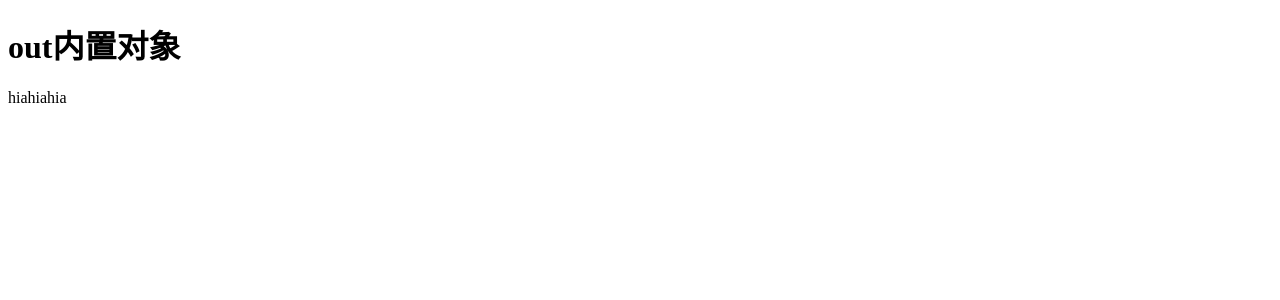
Repository: Zendq1998/jdbc
Page: http://localhost/webroot/out.jsp
An editor plug-in stored every save of this project. The page is shown before and after the next save, followed by the edit.
The browser window is 1280 px wide. The pictures show the whole page.
The page is served by Tomcat 9. Nobody is signed in. The application's start-up code is not run.

Above is the page before, as saved 2018-04-19 15:37:54.

After the next save:
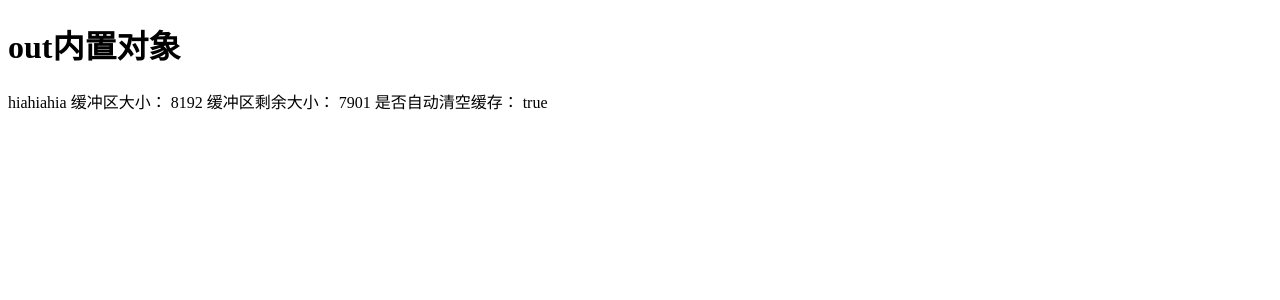
Saved 2 min 41 s later.
--- a/webroot/WebContent/out.jsp
+++ b/webroot/WebContent/out.jsp
@@ -11,5 +11,13 @@
 	<%
 		out.println("hiahiahia");
 	%>
+	缓冲区大小：
+	<%= out.getBufferSize() %>
+
+	缓冲区剩余大小：
+	<%= out.getRemaining() %>
+
+	是否自动清空缓存：
+	<%= out.isAutoFlush() %>
 </body>
 </html>
